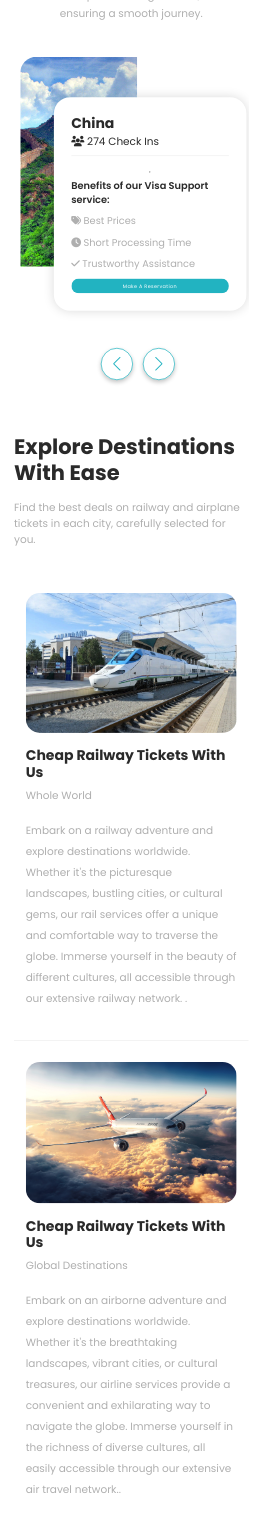
Repository: asadbekdev07/asadbekdev-zamontour-react
Page: /
An editor plug-in stored every save of this project. The page is shown before and after the next save, followed by the edit.
The browser window is 375 px wide. The pictures show the part of the page from y = 1500 to 3740 px (the page is 3698 px tall before and 3740 px after), at 70% of full size.
The project was rebuilt for these pictures with package versions that can differ from the ones it lists, and the page was loaded fresh each time. Also part of the build but not shown: vite.config.js.

Above is the page before, as saved 2024-05-26 18:47:54.

### index.html
<!doctype html>
<html lang="en">
  <head>
    <meta charset="UTF-8" />
    <link rel="icon" type="image/svg+xml" href="/vite.svg" />
    <meta name="viewport" content="width=device-width, initial-scale=1.0" />
    <title>Vite + React</title>
    <link rel="stylesheet" href="https://cdnjs.cloudflare.com/ajax/libs/font-awesome/6.5.2/css/all.min.css" integrity="sha512-SnH5WK+bZxgPHs44uWIX+LLJAJ9/2PkPKZ5QiAj6Ta86w+fsb2TkcmfRyVX3pBnMFcV7oQPJkl9QevSCWr3W6A==" crossorigin="anonymous" referrerpolicy="no-referrer" />

  </head>
  <body>
    <div id="root"></div>
    <script type="module" src="/src/main.jsx"></script>
  </body>
</html>

### src/main.jsx
import React from 'react'
import ReactDOM from 'react-dom/client'
import App from './assets/components/App'
import './assets/styles/index.css'
import './i18n'

ReactDOM.createRoot(document.getElementById('root')).render(
  <React.StrictMode>
    <App />
  </React.StrictMode>,
)

### src/assets/components/App.jsx
import Destination from "./Destination"
import Offers from "./Offers"
import SiteHeader from "./Site-header"
import SliderHero from "./Slider-hero"
import Visa from "./Visa"

function App() {

  return (
    <>
      <SiteHeader />
      <SliderHero />
      <Offers />
      <Visa />
      <Destination />
    </>
  )
}

export default App

### src/assets/styles/index.css
/* CUSTOM PROPS */
:root {
  --primary-color: #22b3c1;
  --primary-bg-color: #ffffff;
  --border-color: #eeeeee;
  --secondary-text-color: #2a2a2a;
  --grayish-text-color: #afafaf;
  --form-border-color: #e0e0e0;
}

/* FONT-FACE  */
@font-face {
  font-family: "Poppins";
  src: url("../fonts/Poppins-Regular.woff2") format("woff2"), url("../fonts/Poppins-Regular.woff") format("woff");
  font-weight: normal;
  font-style: normal;
  font-display: swap;
}
@font-face {
  font-family: "Poppins";
  src: url("../fonts/Poppins-BoldItalic.woff2") format("woff2"), url("../fonts/Poppins-BoldItalic.woff") format("woff");
  font-weight: bold;
  font-style: italic;
  font-display: swap;
}
@font-face {
  font-family: "Poppins";
  src: url("../fonts/Poppins-SemiBold.woff2") format("woff2"), url("../fonts/Poppins-SemiBold.woff") format("woff");
  font-weight: 600;
  font-style: normal;
  font-display: swap;
}
@font-face {
  font-family: "Poppins";
  src: url("../fonts/Poppins-Medium.woff2") format("woff2"), url("../fonts/Poppins-Medium.woff") format("woff");
  font-weight: 500;
  font-style: normal;
  font-display: swap;
}
@font-face {
  font-family: "Poppins";
  src: url("../fonts/Poppins-Bold.woff2") format("woff2"), url("../fonts/Poppins-Bold.woff") format("woff");
  font-weight: bold;
  font-style: normal;
  font-display: swap;
}

/* GLOBAL  */
html {
  box-sizing: border-box;
  height: 100%;
  scroll-behavior: smooth;
}

*,
*::before,
*::after {
  box-sizing: inherit;
}

:focus {
  outline: 2px dotted var(--primary-color);
  outline-offset: 3px;
}

body {
  display: flex;
  flex-direction: column;
  height: 100%;
  padding: 0;
  margin: 0;
  font-weight: 400;
  font-family: "Poppins", "Arial", sans-serif;
  font-size: 15px;
  background-color: #ffffff;
  color: var(--grayish-text-color);
}

img {
  max-width: 100%;
  height: auto;
}

/* AUTOFILL-STYLES */
/*input:-webkit-autofill,
input:-webkit-autofill:hover,
input:-webkit-autofill:focus,
textarea:-webkit-autofill,
textarea:-webkit-autofill:hover,
textarea:-webkit-autofill:focus,
select:-webkit-autofill,
select:-webkit-autofill:hover,
select:-webkit-autofill:focus {
  border-color: transparent;
  -webkit-text-fill-color: inherit;
  -webkit-box-shadow: 0 0 0px 1000px #fff inset;
}*/


/* PLACEHOLDER-STYLES */
/*::-webkit-input-placeholder,
::-moz-placeholder,
:-ms-input-placeholder,
:-moz-placeholder {
  color: rgba(52, 49, 61, 0.5);
  opacity: 1;
}*/


/* VISUALLY-HIDDEN */
.visually-hidden {
  position: absolute;
  width: 1px;
  height: 1px;
  margin: -1px;
  border: 0;
  padding: 0;
  clip: rect(0 0 0 0);
  overflow: hidden;
}


/* CONTAINER  */
.container {
  width: 100%;
  max-width: 1200px;
  padding-left: 20px;
  padding-right: 20px;
  margin-left: auto;
  margin-right: auto;
}

/* MAIN-CONTENT  */
.main-content {
  flex-grow: 1;
}

/* BUTTON  */
.button {
  padding: 13px 30px;
  margin: 0;
  display: inline-block;
  border-radius: 25px;
  font-weight: 500;
  line-height: 21px;
  font-size: 14px;
  letter-spacing: 0.5px;
  transition: color 0.4s ease;
  text-transform: capitalize;
  border: 1px solid transparent;
  background-color: #22b3c1;
  color: #ffffff;
  overflow: hidden;
  text-decoration: none;
  cursor: pointer;
  white-space: nowrap;
  text-align: center;
}
.button:hover {
  opacity: 0.8;
}
.button:active {
  opacity: 0.6;
}

.button--arrow {
  color: #22b3c1;
  transition: all 0.5s ease;
  text-decoration: none;
}

.button--white {
  background-color: #ffffff;
  color: #22b3c1;
}
.button--white:hover {
  background-color: #22b3c1;
  color: #ffffff;
  opacity: 1;
}

.button--form {
  width: 100%;
  display: block;
}

.button--cta {
  border: 1px solid #e0e0e0;
}
.button--cta:hover {
  background-color: #ffffff;
  color: #22b3c1;
  opacity: 1;
}

/* SITE-HEADER  */
.site-header {
  position: relative;
  padding: 15px 20px;
  background-color: var(--primary-color);
}

.site-header :focus {
  outline: 2px dotted var(--primary-bg-color);
  outline-offset: 3px;
}

.site-header__container {
  display: flex;
  align-items: center;
  justify-content: space-between;
}

.site-header__sitenav {
  display: flex;
  align-items: center;
  justify-content: space-between;
}

.sitenav__list {
  padding: 0;
  margin: 0;
  list-style: none;
  display: flex;
  align-items: center;
}

.sitenav__item {
  margin-right: 30px;
}

.sitenav__link {
  text-decoration: none;
  color: var(--primary-bg-color);
  transition: color 0.4s ease;
}

.sitenav__link:hover {
  color: var(--secondary-text-color);
}

.sitenav__link:active {
  opacity: 0.6;
}

.lang {
  margin: 0;
  padding: 0;
  list-style: none;
  display: flex;
  align-items: center;
}

.lang__item {
  margin-right: 30px;
}

.lang__link {
  text-decoration: none;
  color: var(--primary-bg-color);
  transition: color 0.4s ease;
}

.lang__link:hover {
  color: var(--secondary-text-color);
}

.lang__link:active {
  opacity: 0.6;
}

.social {
  margin: 0;
  padding: 0;
  list-style: none;
  display: flex;
  align-items: center;
}

.social__item:not(:last-child) {
  margin-right: 30px;
}

.social__link {
  display: block;
  text-decoration: none;
}

.social__icon {
  display: block;
  color: var(--primary-bg-color);
}

.fa-telegram {
  transition: color 0.4s ease;
}

.fa-instagram {
  transition: color 0.4s ease;
}

.fa-telegram:hover {
  color: var(--secondary-text-color)
}

.fa-instagram:hover {
  color: var(--secondary-text-color)
}

.site-header__toggler {
  display: none;
  width: 24px;
  height: 22px;
  border: 0;
  background-color: transparent;
  padding: 0;
  margin: 0;
  color: var(--primary-bg-color);
}

/* SLIDER-HERO  */
.slider {
  background-position: center;
  background-repeat: no-repeat;
  background-size: cover;
}

.slider__container {
  width: 90%;
  padding-top: 90px;
  padding-bottom: 90px;
  display: flex;
  flex-direction: column;
  align-items: center;
}

.slider__top {
  padding-top: 50px;
  width: 100%;
  text-align: center;
}

.slider__top-heading {
  margin-top: 0;
  margin-bottom: 20px;
  font-weight: 500;
  font-size: 20px;
  color: var(--primary-bg-color);
}

.slider__top-city {
  margin-top: 0;
  margin-bottom: 30px;
  font-weight: 700;
  font-size: 50px;
  color: var(--primary-bg-color);
}

.slider__bottom {
  width: 100%;
}

.list {
  padding: 0;
  margin: 0;
  list-style: none;
  padding: 30px 60px;
  margin-top: 40px;
  display: flex;
  align-items: center;
  justify-content: space-between;
  border-radius: 60px;
  background-color: var(--primary-bg-color);
}

.list__item-inner {
  display: flex;
  align-items: center;
}
.list__item-inner .fa {
  display: flex;
  align-items: center;
  justify-content: center;
  margin-right: 20px;
  width: 60px;
  height: 60px;
  border-radius: 50%;
  line-height: 50px;
  font-size: 25px;
  text-align: center;
  border: 1px solid var(--primary-color);
  color: var(--primary-color);
}

.list__subheading {
  margin: 0;
  font-weight: 700;
  font-size: 20px;
  line-height: 28px;
  color: var(--primary-color);
}
.list__subheading span {
  font-weight: 400;
  font-size: 15px;
  color: var(--grayish-text-color);
}

.lang__link.selected {
  font-weight: bold;
  color: var(--primary-color);
  text-decoration: underline;
}

/* OFFERS  */
.offers,
.visa {
  position: relative;
  padding-top: 80px;
  padding-bottom: 80px;
}

.offers__content,
.visa__content {
  width: 70%;
  margin-left: 15%;
  margin-right: 15%;
  margin-bottom: 50px;
  text-align: center;
}

.offers__title,
.visa__title {
  margin-top: 0;
  margin-bottom: 20px;
  font-weight: 700;
  font-size: 30px;
  line-height: 36px;
  text-transform: capitalize;
  color: var(--secondary-text-color);
}

.offers__description,
.visa__description {
  line-height: 30px;
}

.offers__card,
.visa__card {
  width: 350px;
  height: 420px;
  border-radius: 8px;
  display: flex;
  cursor: pointer;
  align-items: center;
  justify-content: center;
  flex-direction: column;
  position: relative;
}

.offers__img,
.visa__img {
  height: 300px;
  padding-right: 150px;
  padding-bottom: 120px;
  border-top-left-radius: 23px;
  border-bottom-left-radius: 23px;
}


.visa__img {
  width: 50%;
  object-fit: cover;
}

.inner {
  position: absolute;
  right: 1%;
  display: flex;
  flex-direction: column;
  justify-content: center;
  position: absolute;
  z-index: 10000;
  width: 250px;
  padding: 25px;
  border-radius: 23px;
  box-shadow: 0px 0px 15px rgba(0, 0, 0, 0.15);
  background-color: var(--primary-bg-color);
}

.inner__top {
  display: flex;
  align-items: center;
  justify-content: space-between;
  padding-bottom: 10px;
  position: relative;
  margin-bottom: 15px;
  border-bottom: 1px solid #eee;
}

.inner__top h4 {
  font-size: 20px;
  line-height: 24px;
  color: var(--secondary-text-color);
  margin: 0;
}

.inner__top h6 {
  margin: 0;
  font-weight: 700;
  font-size: 20px;
  line-height: 24px;
  color: var(--primary-color);
}
.inner__top span {
  font-weight: 400;
  font-size: 15px;
  line-height: 18px;
}

.inner__list {
  margin: 0;
  padding: 0;
  list-style: none;
  margin-bottom: 10px;
}

.inner__list li:not(:last-child) {
  margin-bottom: 10px;
}

.inner__list li:not(:first-child) {
  font-size: 14px;
  line-height: 21px;
  color: var(--grayish-text-color);
}

.inner__list-title {
  font-weight: 600;
  font-size: 14px;
  line-height: 20px;
  color: var(--secondary-text-color);
}

.swiper-buttons {
  display: flex;
  justify-content: center;
  position: absolute;
  left: 42%;
  bottom: 10%; /* Adjust as needed */
  width: 15%;
}

.swiper-button-next,
.swiper-button-prev {
  width: 46px;
  height: 46px;
  border-radius: 50%;
  border: 1.5px solid var(--primary-color);
  background-color: var(--primary-bg-color);
  color: var(--primary-color);
  text-align: center;
  line-height: 44px;
  cursor: pointer;
  box-shadow: 0 3px 6px rgba(0, 0, 0, 0.23);
  margin: 0 15px;
  font-size: 20px;
}

.swiper-button-next:hover,
.swiper-button-prev:hover {
  background-color: var(--primary-color);
  color: var(--primary-bg-color);
}

.swiper-button-next::after,
.swiper-button-prev::after {
  font-size: 20px; /* Custom size for the arrow icons */
}

/* DESTINATION  */
.destination {
  padding: 40px;
}

.destination__top {
  width: 100%;
  max-width: 450px;
  margin-bottom: 65px;
}

.destination__top-heading {
  margin: 0;
  margin-bottom: 20px;
  font-weight: 700;
  font-size: 30px;
  line-height: 36px;
  color: #2a2a2a;
}

.destination__top-description {
  margin: 0;
  line-height: 30px;
}

.destination__list {
  padding: 0;
  margin: 0;
  list-style: none;
}

.destination__item {
  display: flex;
}
.destination__item:not(:last-child) {
  padding-bottom: 30px;
  margin-bottom: 30px;
  border-bottom: 1px solid #eeeeee;
}

.destination__img {
  margin-right: 24px;
  border-radius: 20px;
}

.destination__inner {
  width: 75%;
  position: relative;
}

.destination__inner-heading {
  margin: 0;
  margin-bottom: 6px;
  font-weight: 700;
  font-size: 20px;
  line-height: 24px;
  color: #2a2a2a;
}

.destination__inner-span {
  line-height: 30px;
}

.button__wrapper {
  position: absolute;
  top: 0;
  right: 0;
}

.destination__inner-description {
  margin: 0;
  margin-top: 20px;
  line-height: 30px;
}

.destination__responsive-button {
  display: none;
}

@media only screen and (min-width: 1000px) and (max-width: 1200px) {
  .offers__card {
    width: 30%;
  }

  .offers__img {
    height: 300px;
    padding-right: 85px;
    padding-bottom: 120px;
  }

  .inner {
    width: 210px;
    padding: 21px;
  }
}
@media only screen and (max-width: 1000px) {
  .offers__card {
    width: 45%;
  }

  .offers__img {
    height: 300px;
    padding-right: 60px;
    padding-bottom: 120px;
  }

  .inner {
    width: 225px;
    padding: 25px;
  }

  .swiper-buttons {
    left: 45%;
  }

  .swiper-button-next,
  .swiper-button-prev {
    margin: 0 0;
  }
}

@media only screen and (max-width: 1000px) {
  .destination {
    padding-left: 0;
    padding-right: 0;
  }
  .destination__img {
    width: 90%;
    margin-right: 0;
    margin-bottom: 20px;
  }
  .destination__inner {
    width: 90%;
  }
  .destination__item {
    display: flex;
    flex-direction: column;
    align-items: center;
  }
}

@media only screen and (max-width: 900px) {
  .site-header__sitenav {
    display: none;
  }

  .site-header__toggler {
    display: block;
  }

  .site-header.is-open .site-header__sitenav {
    z-index: 1000;
    width: 90%;
    display: flex;
    flex-direction: column;
    position: absolute;
    top: 90%;
    left: 5%;
    right: 5%;
    background-color: var(--primary-bg-color);
  }

  .site-header.is-open .sitenav {
    width: 100%;
  }

  .site-header.is-open .sitenav__list,
  .site-header.is-open .social,
  .site-header.is-open .lang {
    display: flex;
    flex-direction: column;
    width: 100%;
  }

  .site-header.is-open .sitenav__item,
  .site-header.is-open .lang__item,
  .site-header.is-open .social__item {
    width: 100%;
    margin: 0;
    padding-top: 8px;
    padding-bottom: 8px;
    border-bottom: 1px solid var(--form-border-color);
    text-align: center;
  }

  .site-header.is-open .sitenav__link,
  .site-header.is-open .lang__link,
  .site-header.is-open .social__link,
  .site-header.is-open .social__icon {
    color: var(--secondary-text-color);
  }

  .site-header.is-open .lang__link:hover,
  .site-header.is-open .social__link:hover,
  .site-header.is-open .social__icon:hover {
    color: var(--primary-color);
  }
  /* LIST */
  .list__subheading {
    font-size: 15px;
    line-height: 18px;
  }
  .list__subheading span {
    font-size: 12px;
  }
  .list__item-inner .fa {
    margin-right: 15px;
    width: 50px;
    height: 50px;
    border-radius: 50%;
    line-height: 40px;
    font-size: 20px;
  }
}

@media only screen and (max-width: 800px) {
  .button {
    padding: 10px 20px;
    border-radius: 20px;
    font-weight: 400;
    line-height: 15px;
    font-size: 13px;
    letter-spacing: 0.5px;
  }
  /* SLIDER  */
  .slider__top-heading {
    margin-bottom: 18px;
    font-weight: 500;
    font-size: 16px;
  }
  .slider__top-city {
    margin-top: 0;
    margin-bottom: 25px;
    font-weight: 700;
    font-size: 40px;
  }

  .swiper-button-next,
  .swiper-button-prev {
    margin: 0 -8px;
  }
}

@media only screen and (min-width: 500px) and (max-width: 700px) {
  .offers__img,
  .visa__img {
    padding-right: 120px;
  }
  .inner {
    width: 275px;
    margin-right: 30px;
  }
}

@media only screen and (max-width: 700px) {
  .list {
    padding: 20px 40px;
    margin-top: 30px;
    border-radius: 50px;
  }
  .list__item-inner .fa {
    margin-right: 12px;
    width: 35px;
    height: 35px;
    border-radius: 50%;
    line-height: 25px;
    font-size: 15px;
  }
  .list__subheading {
    font-size: 13px;
    line-height: 15px;
  }
  .list__subheading span {
    font-size: 10px;
  }
  .offers__content {
    width: 90%;
    margin-left: 5px;
    margin-right: 5px;
  }
  .offers__title,
  .visa__title {
    font-size: 25px;
  }
  .offers__description,
  .visa__description {
    line-height: 25px;
  }
  .offers__img {
    width: 300px;
  }
  .swiper-button-next,
  .swiper-button-prev {
    margin: 0 -12px;
  }
}

@media only screen and (max-width: 600px) {
  .button {
    padding: 8px 18px;
    border-radius: 18px;
    font-weight: 400;
    line-height: 10px;
    font-size: 10px;
    letter-spacing: 0.5px;
  }
  /* SLIDER  */
  .slider {
    padding-top: 0;
    padding-bottom: 0;
  }
  .slider__top {
    padding-top: 20px;
  }
  .slider__top-heading {
    margin-bottom: 14px;
    font-weight: 500;
    font-size: 12px;
  }
  .slider__top-city {
    margin-top: 0;
    margin-bottom: 20px;
    font-weight: 700;
    font-size: 30px;
  }
  /* LIST  */
  .list__item-inner .fa {
    margin-right: 10px;
    width: 30px;
    height: 30px;
    border-radius: 50%;
    line-height: 20px;
    font-size: 12px;
  }
  .list__subheading {
    font-size: 10px;
    line-height: 12px;
  }
  .list__subheading span {
    font-size: 8px;
  }
  .swiper-button-next,
  .swiper-button-prev {
    margin: 0 -20px;
  }
  .destination__button {
    display: none;
  }
  .destination__inner-description {
    margin-bottom: 15px;
  }
}

@media only screen and (max-width: 500px) {
  .button {
    padding: 6px 12px;
    border-radius: 15px;
    font-weight: 400;
    line-height: 1;
    font-size: 7px;
    letter-spacing: 0.5px;
  }
  /* SLIDER  */

  .slider__container {
    padding-top: 50px;
    padding-bottom: 50px;
  }
  /* LIST  */
  .list {
    padding: 15px 22px;
    margin-top: 25px;
    border-radius: 40px;
  }
  .list__item-inner .fa {
    margin-right: 5px;
    width: 20px;
    height: 20px;
    border-radius: 50%;
    line-height: 10px;
    font-size: 8px;
  }
  .list__subheading {
    font-size: 7px;
    line-height: 1;
  }
  .list__subheading span {
    font-size: 5px;
  }
  .offers__img {
    width: 230px;
  }
  .swiper-button-next,
  .swiper-button-prev {
    margin: 0 -35px;
  }
}

@media
only screen and (-webkit-min-device-pixel-ratio: 2),
only screen and (   min--moz-device-pixel-ratio: 2),
only screen and (     -o-min-device-pixel-ratio: 2/1),
only screen and (        min-device-pixel-ratio: 2),
only screen and (                min-resolution: 192dpi),
only screen and (                min-resolution: 2dppx) {

}

### src/i18n.jsx
import i18n from 'i18next';
import { initReactI18next } from 'react-i18next';
import Backend from 'i18next-http-backend';
import laungageDetector from 'i18next-browser-languagedetector';
import enLang from '../public/locales/en.json'
import uzLang from '../public/locales/uz.json'
import ruLang from '../public/locales/ru.json'

i18n
.use(Backend)
.use(laungageDetector)
.use(initReactI18next)
.init({
  fallbackLng: 'en',
  lng: 'en',
  debug: true,
  resources: {
    en:{translation: enLang},
    uz:{translation: uzLang},
    ru:{translation: ruLang}
  }
})

export default i18n;

### src/assets/components/Destination.jsx
import afrasiab from "/img/afr.jpg";
import airplane from "/img/airplane.jpg";

const destinationData = [
  { img: afrasiab, heading: "Cheap Railway Tickets With Us", subheading: "Whole World", text: "Embark on a railway adventure and explore destinations worldwide. Whether it's the picturesque landscapes, bustling cities, or cultural gems, our rail services offer a unique and comfortable way to traverse the globe. Immerse yourself in the beauty of different cultures, all accessible through our extensive railway network. ." },
  { img: airplane, heading: "Cheap Railway Tickets With Us", subheading: "Global Destinations", text: "Embark on an airborne adventure and explore destinations worldwide. Whether it's the breathtaking landscapes, vibrant cities, or cultural treasures, our airline services provide a convenient and exhilarating way to navigate the globe. Immerse yourself in the richness of diverse cultures, all easily accessible through our extensive air travel network.." },
]

const Destination = () => {
  return (
    <section className="destination">
      <div className="container">
        <div className="destination__top">
          <h2 className="destination__top-heading">Explore Destinations With Ease</h2>
          <p className="destination__top-text">Find the best deals on railway and airplane tickets in each city, carefully selected for you.</p>
        </div>

        <ul className="destination__list">
          {destinationData.map((destination, index) =>(
            <li key={index} className="destination__item">
            <img className="destination__img" src={destination.img} alt="Airplane img" width={340} height={228}/>
            <div className="destination__inner">
              <h3 className="destination__inner-heading">{destination.heading}</h3>
              <span className="destination__inner-span">{destination.subheading}</span>
              <div className="button__wrapper">
                <a className="button destination__button" href="#contact">Explore More</a>
              </div>
              <p className="destination__inner-description">{destination.text}</p>
              <a className="button destination__responsive-button" href="#contact">Explore More</a>
            </div>
          </li>
          ))}
        </ul>
      </div>
    </section>
  )
}

export default Destination

### src/assets/components/Slider-hero.jsx
import React from 'react';
import { Swiper, SwiperSlide } from 'swiper/react';
import 'swiper/css';
import 'swiper/css/pagination';
import 'swiper/css/navigation';


import { Autoplay, Pagination, Navigation } from 'swiper/modules';

import istanbulImg from '/img/istanbul.jpg';
import antalyaImg from '/img/antalya.jpg';
import dubaiImg from '/img/dubai2.jpg';
import sharmImg from '/img/sharm.jpg';

const slidesData = [
  {
    img: istanbulImg,
    city: 'Istanbul',
    population: '15.5 M',
    territory: '5.461 km²',
    avgPrice: '$946.000'
  },
  {
    img: antalyaImg,
    city: 'Antalya',
    population: '1.5 M',
    territory: '1.417 km²',
    avgPrice: '$1.100.200'
  },
  {
    img: dubaiImg,
    city: 'Dubai',
    population: '3.3 M',
    territory: '35 km²',
    avgPrice: '$425.000'
  },
  {
    img: sharmImg,
    city: 'Sharm El-Sheikh',
    population: '0.07 M',
    territory: '45 km²',
    avgPrice: '$165.450'
  }
];

const SlideContent = ({ img, city, population, territory, avgPrice }) => (
  <section className="slider" style={{ backgroundImage: `url(${img})` }}>
    <div className="container slider__container">
      <div className="slider__top">
        <h3 className="slider__top-heading">Take a Glimpse Into The Beautiful City Of:</h3>
        <h2 className="slider__top-city">{city}</h2>
        <a className="button button--cta" href="#contact">Go There</a>
      </div>
      <div className="slider__bottom">
        <ul className="slider__bottom-list list">
          <li className="list__item">
            <div className="list__item-inner">
              <i className="fa fa-user"></i>
              <h4 className="list__subheading">
                <span>Population:</span><br />{population}
              </h4>
            </div>
          </li>
          <li className="list__item">
            <div className="list__item-inner">
              <i className="fa fa-globe"></i>
              <h4 className="list__subheading">
                <span>Territory:</span><br />{territory}
              </h4>
            </div>
          </li>
          <li className="list__item">
            <div className="list__item-inner">
              <i className="fa fa-home"></i>
              <h4 className="list__subheading">
                <span>Avg Price:</span><br />{avgPrice}
              </h4>
            </div>
          </li>
          <div className="list__item-inner">
            <a className="button" href="#contact">Explore More</a>
          </div>
        </ul>
      </div>
    </div>
  </section>
);

export default function SliderHero() {
  return (
    <Swiper
      spaceBetween={5}
      centeredSlides={true}
      autoplay={{
        delay: 5500,
        disableOnInteraction: false,
      }}
      pagination={{
        clickable: true,
      }}
      loop={true}
      navigation={false}
      modules={[Autoplay, Pagination, Navigation]}
      className="mySwiper"
    >
      {slidesData.map((slide, index) => (
        <SwiperSlide key={index}>
          <SlideContent {...slide} />
        </SwiperSlide>
      ))}
    </Swiper>
  );
}

Loaded but not shown: public/locales/uz.json (12 lines, source omitted); public/locales/en.json (12 lines, source omitted); public/locales/ru.json (12 lines, source omitted); src/assets/components/Site-header.jsx (106 lines, source omitted); src/assets/components/Offers.jsx (86 lines, source omitted); src/assets/components/Visa.jsx (86 lines, source omitted)

After the next save:
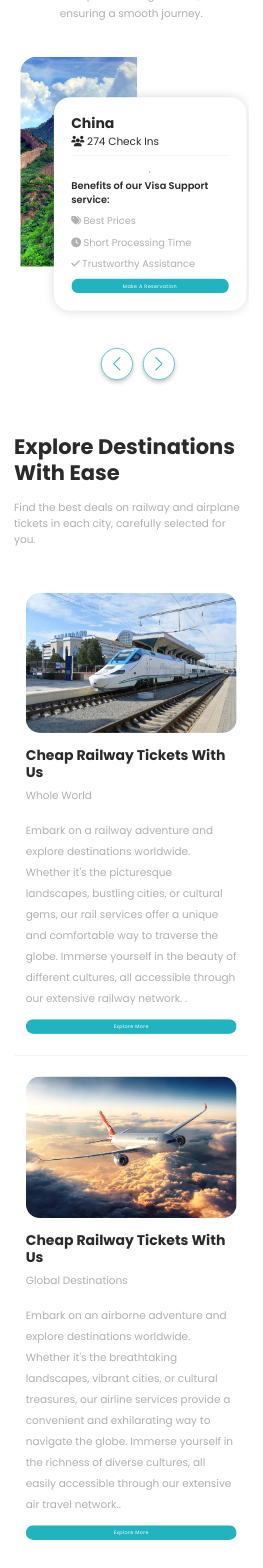
Saved 28 s later.
--- a/src/assets/styles/index.css
+++ b/src/assets/styles/index.css
@@ -928,6 +928,9 @@ select:-webkit-autofill:focus {
   .destination__inner-description {
     margin-bottom: 15px;
   }
+  .destination__responsive-button {
+    display: block;
+  }
 }
 
 @media only screen and (max-width: 500px) {
